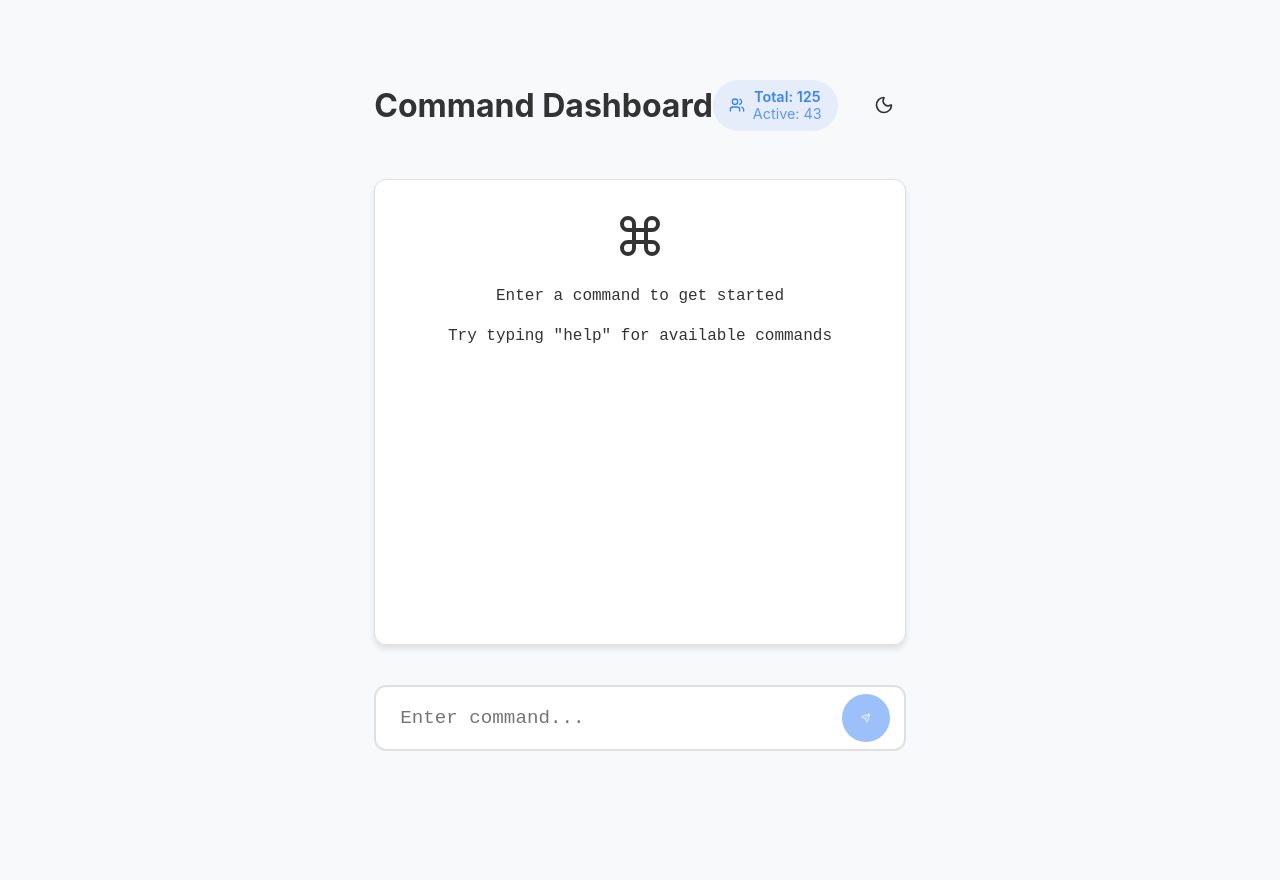
Repository: nipuntaneja05/Discord-role-bot
Page: / (app in frontend/)
An editor plug-in stored every save of this project. The page is shown before and after the next save, followed by the edit.
The browser window is 1280 px wide. The pictures show the whole page.
The project was rebuilt for these pictures with package versions that can differ from the ones it lists, and the page was loaded fresh each time. Also part of the build but not shown: frontend/vite.config.js, frontend/src/App.jsx.

Above is the page before, as saved 2025-03-12 01:40:38.

### frontend/src/main.jsx
import { StrictMode } from 'react'
import { createRoot } from 'react-dom/client'
import './index.css'
import App from './App.jsx'
import Dashboard from './components/Dashboard.jsx'

createRoot(document.getElementById('root')).render(
  <StrictMode>
    <Dashboard />
  </StrictMode>,
)

### frontend/src/components/Dashboard.jsx
"use client";

import { useState, useRef, useEffect } from "react";
import { Command, Send, Users, Moon, Sun } from "lucide-react";
import axios from "axios";
import "./Dashboard.css";

export default function Dashboard() {
  const [command, setCommand] = useState("");
  const [outputs, setOutputs] = useState([]);
  const [totalUsers, setTotalUsers] = useState(125);
  const [activeUsers, setActiveUsers] = useState(42);
  const [darkMode, setDarkMode] = useState(false);
  const outputRef = useRef(null);

  useEffect(() => {
    if (darkMode) {
      document.body.classList.add("dark");
    } else {
      document.body.classList.remove("dark");
    }
  }, [darkMode]);

  const toggleDarkMode = () => {
    setDarkMode(!darkMode);
  };

  const sendCommandToBackend = async (cmd) => {
    if (!cmd.trim()) return;

    try {
      const response = await axios.post("http://localhost:5000/process-command", {
        command: cmd,
      });

      const aiResponse = response.data;
      setOutputs((prev) => [
        ...prev,
        {
          id: Date.now().toString(),
          command: cmd,
          output: JSON.stringify(aiResponse, null, 2), // Format JSON response
          timestamp: new Date(),
        },
      ]);
    } catch (error) {
      setOutputs((prev) => [
        ...prev,
        {
          id: Date.now().toString(),
          command: cmd,
          output: "❌ Failed to process command.",
          timestamp: new Date(),
        },
      ]);
    }
    setCommand("");
  };

  const handleSubmit = (e) => {
    e.preventDefault();
    sendCommandToBackend(command);
  };

  useEffect(() => {
    const interval = setInterval(() => {
      setActiveUsers((prev) => {
        const change = Math.floor(Math.random() * 5) - 2;
        return Math.max(1, prev + change);
      });
    }, 5000);

    return () => clearInterval(interval);
  }, []);

  useEffect(() => {
    if (outputRef.current) {
      outputRef.current.scrollTop = outputRef.current.scrollHeight;
    }
  }, [outputs]);

  return (
    <div className={`dashboard-container ${darkMode ? "dark" : ""}`}>
      <div className="dashboard-header">
        <h1>Command Dashboard</h1>
        <div className="user-stats">
          <div className="user-counter">
            <Users size={16} />
            <div className="user-numbers">
              <div className="total-users">Total: {totalUsers}</div>
              <div className="active-users">Active: {activeUsers}</div>
            </div>
          </div>
          <button className="theme-toggle" onClick={toggleDarkMode}>
            {darkMode ? <Sun size={20} /> : <Moon size={20} />}
          </button>
        </div>
      </div>
      <div className="output-card">
        <div ref={outputRef} className="output-display">
          {outputs.length === 0 ? (
            <div className="empty-state">
              <Command size={48} />
              <p>Enter a command to get started</p>
              <p className="hint">Try typing "help" for available commands</p>
            </div>
          ) : (
            outputs.map((item) => (
              <div key={item.id} className="output-item">
                <div className="command-line">
                  <span className="prompt">$</span>
                  <span className="command-text">{item.command}</span>
                  <span className="timestamp">{item.timestamp.toLocaleTimeString()}</span>
                </div>
                <div className="response-text">{item.output}</div>
              </div>
            ))
          )}
        </div>
      </div>
      <form onSubmit={handleSubmit} className="command-form">
        <div className="input-container">
          <input
            value={command}
            onChange={(e) => setCommand(e.target.value)}
            placeholder="Enter command..."
            className="command-input"
            autoComplete="off"
          />
          <button
            type="submit"
            className={`submit-button ${!command.trim() ? "disabled" : ""}`}
            disabled={!command.trim()}
          >
            <Send size={16} />
          </button>
        </div>
      </form>
    </div>
  );
}

### frontend/src/components/Dashboard.css
/* Base styles */
:root {
    --bg-color: #f8f9fa;
    --text-color: #333;
    --card-bg: #fff;
    --border-color: #e0e0e0;
    --primary-color: #3b82f6;
    --primary-hover: #2563eb;
    --secondary-color: #6b7280;
    --accent-color: #f3f4f6;
    --input-bg: #fff;
    --shadow-color: rgba(0, 0, 0, 0.1);
    --empty-icon-color: #d1d5db;
    --transition-speed: 0.3s;
}

.dark {
    --bg-color: #1a1a1a;
    --text-color: #e0e0e0;
    --card-bg: #2a2a2a;
    --border-color: #3a3a3a;
    --primary-color: #3b82f6;
    --primary-hover: #60a5fa;
    --secondary-color: #9ca3af;
    --accent-color: #374151;
    --input-bg: #333;
    --shadow-color: rgba(0, 0, 0, 0.3);
    --empty-icon-color: #4b5563;
}

body {
    margin: 0;
    padding: 0;
    font-family: -apple-system, BlinkMacSystemFont, "Segoe UI", Roboto, Oxygen, Ubuntu, Cantarell, "Open Sans", "Helvetica Neue", sans-serif;
    background-color: var(--bg-color);
    color: var(--text-color);
    transition: background-color var(--transition-speed), color var(--transition-speed);
}

/* Dashboard container */
.dashboard-container {
    max-width: 1400px; /* Increased max-width for wider layout */
    margin: 0 auto;
    padding: 3rem; /* Increased padding for better spacing */
    min-height: 100vh;
}

/* Header styles */
.dashboard-header {
    display: flex;
    justify-content: space-between;
    align-items: center;
    margin-bottom: 3rem; /* Increased margin for better spacing */
}

.dashboard-header h1 {
    font-size: 2rem; /* Slightly larger font size */
    margin: 0;
}

/* User stats styles */
.user-stats {
    display: flex;
    align-items: center;
    gap: 1.5rem; /* Space between elements */
    margin-left: auto; /* Push the container to the right */
    flex-grow: 1; /* Allow it to take up remaining space */
    justify-content: flex-end; /* Align contents to the right */
}
.user-counter {
    display: flex;
    align-items: center;
    gap: 0.5rem; /* Space between icon and text */
    background-color: rgba(59, 130, 246, 0.1);
    color: var(--primary-color);
    padding: 0.5rem 1rem; /* Smaller padding */
    border-radius: 2rem;
    font-size: 0.9rem; /* Smaller font size */
    animation: pulse 2s infinite;
}

.user-numbers {
    display: flex;
    flex-direction: column;
    line-height: 1.2;
}

.total-users {
    font-weight: 600;
}

.active-users {
    opacity: 0.8;
}

.theme-toggle {
    background: none;
    border: none;
    color: var(--text-color);
    cursor: pointer;
    padding: 0.75rem; /* Increased padding */
    border-radius: 50%;
    display: flex;
    align-items: center;
    justify-content: center;
    transition: background-color var(--transition-speed);
}

.theme-toggle:hover {
    background-color: var(--accent-color);
}

/* Output card styles */
.output-card {
    background-color: var(--card-bg);
    border: 1px solid var(--border-color);
    border-radius: 0.75rem; /* Slightly larger border radius */
    box-shadow: 0 4px 6px var(--shadow-color);
    margin-bottom: 2.5rem; /* Increased margin for better spacing */
    overflow: hidden;
    transition: background-color var(--transition-speed), border-color var(--transition-speed);
}

.output-display {
    height: 400px; /* Increased height */
    overflow-y: auto;
    padding: 2rem; /* Increased padding */
    font-family: "Courier New", Courier, monospace;
    font-size: 1rem; /* Slightly larger font size */
}

/* Command form styles */
.command-form {
    position: relative;
    margin-bottom: 2.5rem; /* Increased margin for better spacing */
}

.input-container {
    position: relative;
    display: flex;
}

.command-input {
    width: 100%;
    padding: 1.25rem 4rem 1.25rem 1.5rem; /* Increased padding */
    font-size: 1.2rem; /* Slightly larger font size */
    border: 2px solid var(--border-color);
    border-radius: 0.75rem; /* Slightly larger border radius */
    background-color: var(--input-bg);
    color: var(--text-color);
    font-family: "Courier New", Courier, monospace;
    transition: border-color var(--transition-speed), background-color var(--transition-speed);
}

.command-input:focus {
    outline: none;
    border-color: var(--primary-color);
    box-shadow: 0 0 0 3px rgba(59, 130, 246, 0.2);
}

.submit-button {
    position: absolute;
    right: 1rem; /* Adjusted position */
    top: 50%;
    transform: translateY(-50%);
    background-color: var(--primary-color);
    color: white;
    border: none;
    border-radius: 50%;
    width: 3rem; /* Slightly larger button */
    height: 3rem; /* Slightly larger button */
    display: flex;
    align-items: center;
    justify-content: center;
    cursor: pointer;
    transition: background-color var(--transition-speed);
}

.submit-button:hover {
    background-color: var(--primary-hover);
}

.submit-button.disabled {
    opacity: 0.5;
    cursor: not-allowed;
}

Loaded but not shown: frontend/index.html (common file); frontend/src/index.css (common file); frontend/src/App.css (common file)

After the next save:
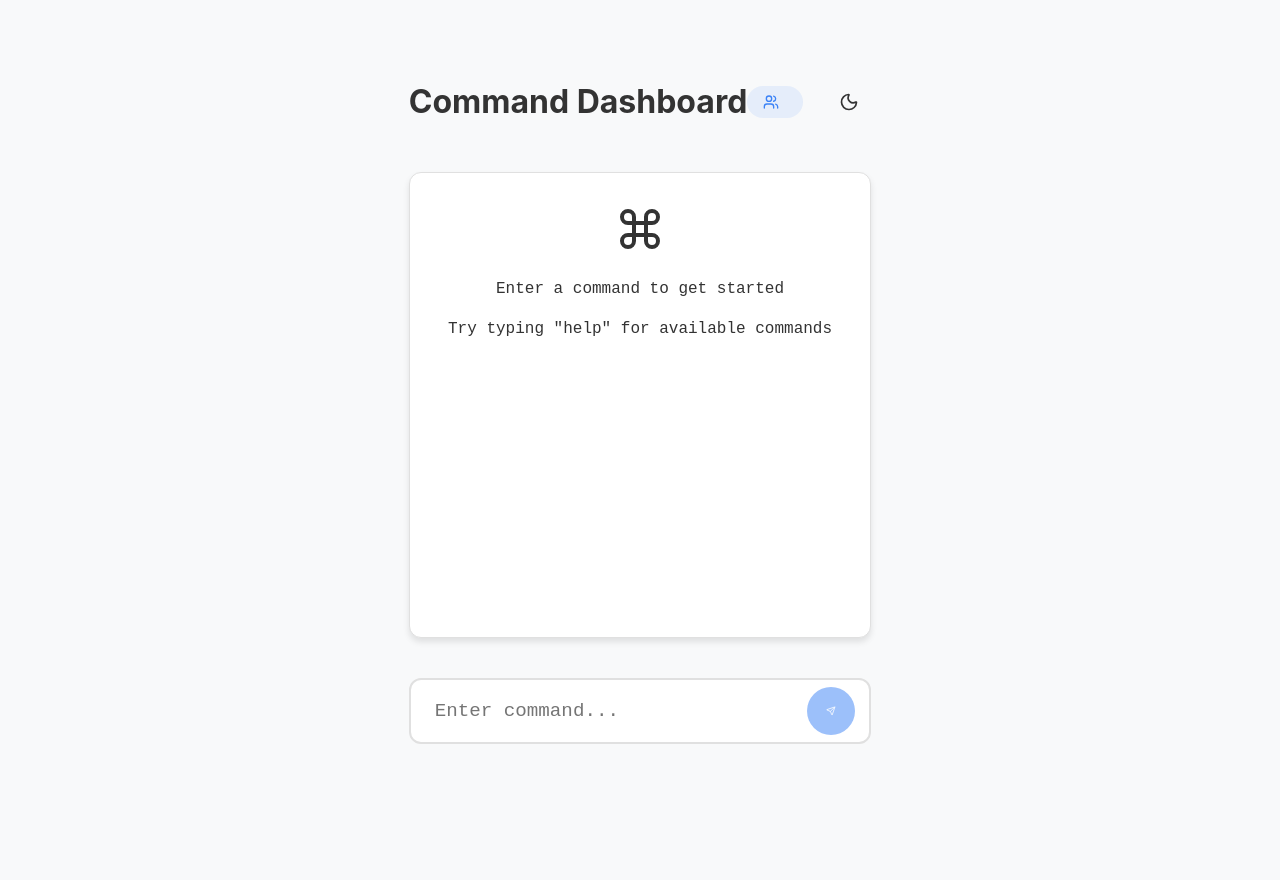
Saved 71 min 11 s later.
--- a/frontend/src/components/Dashboard.jsx
+++ b/frontend/src/components/Dashboard.jsx
@@ -87,8 +87,8 @@ export default function Dashboard() {
           <div className="user-counter">
             <Users size={16} />
             <div className="user-numbers">
-              <div className="total-users">Total: {totalUsers}</div>
-              <div className="active-users">Active: {activeUsers}</div>
+              {/* <div className="total-users">Total: {totalUsers}</div>
+              <div className="active-users">Active: {activeUsers}</div> */}
             </div>
           </div>
           <button className="theme-toggle" onClick={toggleDarkMode}>
